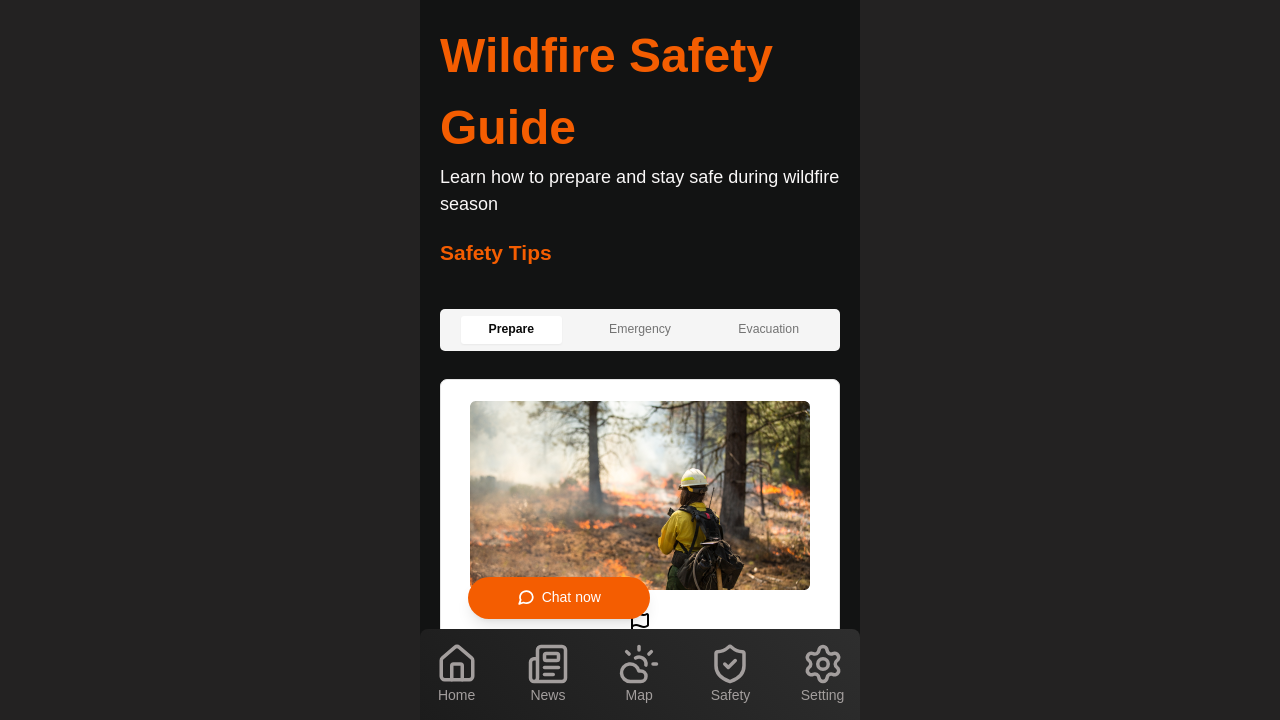
Repository: BCITKevin/Flare_IDSP
Page: /safety
An editor plug-in stored every save of this project. The page is shown before and after the next save, followed by the edit.
The browser window is 1280 px wide. The pictures show the whole page.
An inner scrolling area shows only its first screen. Some web fonts or font styles are not loaded; a fallback is used. The project was rebuilt for these pictures with package versions that can differ from the ones it lists, and the page was loaded fresh each time. The framework's server and built-in components were replaced by stand-ins that run in the browser. Also part of the build but not shown: next.config.js, next.config.mjs.

Above is the page before, as saved 2024-11-30 07:44:23.

### src/app/safety/page.tsx
'use client';

import { Tabs, TabsContent, TabsList, TabsTrigger } from "@/components/ui/tabs";
import {
    Card,
    CardContent,
    // CardDescription,
    // CardFooter,
    CardHeader,
    // CardTitle,
} from "@/components/ui/card"
import styles from "./safety.module.css"
import { Backpack, Map, Flag } from "lucide-react";
import prepareHero from "../public/images/prepareHero.png"
import evacHero from "../public/images/EvacHero.png"
import emergencyHero from "../public/images/EmergencyHero.png"
import BottomNavBar from "@/components/BottomNavBar/BottomNavBar";
import React from "react";

import { useState } from "react";
import Image from "next/image";

type Message = {
    text: string;
    sender: string;
};

// Card can be reformatted into a reusable component

export default function Safety() {
    const [showChat, setShowChat] = useState(false);
    const [activeTab, setActiveTab] = useState('Prepare');
    const [prevMsg, setMsg] = useState<Message[]>([
        { text: "Hello! Is there anything about wildfires I could help you with today?", sender: 'bot' },
    ]);


    async function handleSubmit(e: React.FormEvent<HTMLFormElement>) {
        e.preventDefault()

        try {
            const message = (document.querySelector('#message') as HTMLInputElement)?.value;
            (document.querySelector('#message') as HTMLInputElement).value = '';

            console.log(message);
            setMsg((prevMsg) => [...prevMsg, { text: message, sender: 'user' }]);

            const res = await fetch('/api/safety', {
                method: 'POST',
                headers: {
                    'Content-Type': 'application/json',
                },
                body: JSON.stringify({ message }),
            });

            if (!res.ok) {
                console.error();
                throw new Error('OOPS, SOMETHIN WRONG WITH BOT');
            }
            const data = await res.json();

            const botResponse = data.chat.content || "Sorry, I can't process your request. Please try again";

            setMsg((prevMsg) => [...prevMsg, { text: botResponse, sender: 'bot' }]);

            console.log('from gpt: ', botResponse);
        }
        catch (err) {
            console.error(err);
        }
    }

    const prepareText = `
    <strong>Stay informed:</strong> It’s crucial to stay updated on emergency alerts and evacuation orders issued by local authorities. Regularly check with Flare and turn on notifications and stay updated with the news. These alerts provide critical information about wildfire locations, safe zones, and road closures.
    <br><br>
    <strong>Assemble an emergency kit:</strong> Include:
    <ul>
        <li>- First aid supplies, such as bandages, antiseptics, and pain relievers.</li>
        <li>- Enough non-perishable food and water to sustain your household for at least 3 days.</li>
        <li>- Flashlights with spare batteries, a multi-tool, a whistle for signaling, and a fire extinguisher.</li>
        <li>- Personal hygiene items, blankets, and clothing suitable for various weather conditions.</li>
    </ul>
    <br>
    <strong>Follow evacuation routes:</strong> Use the safest, predefined routes recommended by local authorities. Avoid unfamiliar roads that could be blocked or unsafe. Always have a physical map in case of GPS or mobile network failure.
    <br><br>
    <strong>Leave as early as possible:</strong> Don’t wait until the last moment to evacuate. Early action reduces risks and allows emergency responders to focus on critical areas. Traffic congestion and panic during last-minute evacuations can pose additional dangers.
    <br><br>
    <strong>Assist neighbors if possible:</strong> Check on those in your community who may need help, especially the elderly, people with disabilities, or families without transportation. Offer support by carpooling or sharing resources.
    <br><br>
    <strong>Keep your vehicle ready:</strong> Ensure your vehicle is in good condition with a full gas tank. Keep the keys easily accessible, park the car facing outward for a quick exit, and load essential items in advance to save time during an emergency.
    <br><br>
    <strong>Practice your evacuation plan:</strong> Conduct regular drills with your household to ensure everyone knows their roles and responsibilities. Familiarity with the process can reduce stress and confusion during an actual emergency.
    <br><br>
    <strong>Create a defensible space around your home:</strong> Clear dry leaves, branches, and other flammable materials at least 30 feet from your home. Trim tree branches to a height of at least 6 feet to prevent fire from climbing. Regularly maintain gutters and roofs by removing debris. Store firewood and other combustible items far from structures.
    <br><br>
    `;


    const emergencyText = `
    <strong>If you are in danger, contact emergency services immediately:</strong> Dial the emergency hotline 911 if your safety is compromised. Or  call 1 800 663-5555 toll-free or <strong>*5555</strong> on a cellphone to report a wildfire. Clearly state your location and the nature of the emergency to ensure responders can locate you quickly. Avoid using the line for non-critical updates to keep it free for those in immediate need.
    <br><br>
    <strong>Stay inside if safe:</strong> If evacuation is not possible, shelter in place in a safe room. Select an area with minimal windows and external doors, preferably one located at the center of your home or on the opposite side of the fire’s path. Keep the space stocked with basic necessities, including water, flashlights, and communication devices.
    <br><br>
    <strong>Block air entry:</strong> Use duct tape, wet towels, or other materials to seal gaps around doors and windows to prevent smoke infiltration. Shut off HVAC systems and close vents to further limit the entry of hazardous air.
    <br><br>
    <strong>Listen to official information:</strong> Stay tuned to updates from local authorities via radio, mobile apps, or reliable online sources. Avoid spreading or acting on unverified information that may cause unnecessary panic.
    <br><br>
    <strong>Use face coverings:</strong> If you need to go outside or smoke enters your shelter, use wet towels, bandanas, or certified N95 masks to filter harmful particles. This is especially important for individuals with respiratory issues, the elderly, and young children.
    <br><br>
    <strong>Stay hydrated:</strong> Drink plenty of water to combat dehydration caused by heat and smoke inhalation. Avoid alcohol or caffeinated drinks, which can exacerbate dehydration. If possible, keep oral rehydration salts or electrolyte drinks on hand.
    <br><br>
    <strong>Be prepared for power outages:</strong> Wildfires may disrupt electricity. Keep flashlights, extra batteries, and a manual crank radio available. Charge your devices in advance and consider using portable power banks.
    <br><br>
    <strong>Plan for communication:</strong> If mobile networks are down, use walkie-talkies or pre-established signals with neighbors and family to communicate effectively.
    <br><br>
    <strong>Protect pets and livestock:</strong> Keep your pets in a secure area with food and water. If possible, move livestock to open areas far from fire hazards.
    <br><br>
    <strong>Monitor air quality:</strong> Use air purifiers indoors if available and check air quality levels through official channels to minimize smoke-related health risks.
    `;


    const evacuationText = `
    <strong>Develop a family emergency plan:</strong> Create a detailed emergency plan that includes designated meeting spots, multiple communication strategies, and escape routes for different scenarios. Assign responsibilities to each family member and rehearse the plan frequently to ensure everyone is prepared.
    <br><br>
    <strong>Prepare to leave immediately:</strong>
    - Ensure you have gathered all essential items ahead of time to avoid delays. These include:
    <br><br>
    <ul>
        <li>- <strong>Medications</strong>, including prescription drugs and a basic first aid kit for minor injuries.</li>
        <li>- <strong>Important documents</strong>, such as government-issued IDs, insurance papers, property deeds, and emergency contact information.</li>
        <li>- Your <strong>emergency kit</strong> as outlined in the prepare section</li>
        <li>- Personal items like clothing, toiletries, and any essential supplies for infants, pets, or elderly family members.</li>
    </ul>
    <br>
    <strong>Keep important documents ready:</strong> Store essential documents like birth certificates, passports, medical records, and insurance policies in a waterproof, fireproof safe. Back up digital copies to cloud storage or an external hard drive.
    <br><br>
    <strong>Know your local risk level:</strong> Familiarize yourself with wildfire risks in your area by consulting local government websites and fire risk maps. Participate in community evacuation drills to understand the best practices and routes in case of an emergency.
    <br><br>
    <strong>Sign up for emergency alerts:</strong> Subscribe to wildfire and weather warning systems offered by local authorities.
    <br><br>
    <strong>Invest in fire-resistant building materials:</strong> Upgrade your home with fire-resistant roofing, siding, and windows. Install ember-resistant vents to prevent sparks from entering your home.
    <br><br>
    <strong>Prepare your vehicle:</strong> Keep your car in good working condition, with a full gas tank and an emergency kit inside. Include maps, a spare tire, tools, and extra supplies to ensure mobility during an evacuation.
    <br><br>
    <strong>Coordinate with your neighbors:</strong> Work together with your community to create a wildfire response plan. Share resources, such as tools and safety tips, to enhance collective preparedness.
    <br><br>
    <strong>Learn fire suppression techniques:</strong> Take basic training on how to use a fire extinguisher and other suppression tools effectively. Know when to evacuate instead of attempting to combat the fire yourself.
    <br><br>
    <strong>Advocate for local safety measures:</strong> Encourage local governments to implement wildfire prevention strategies, such as controlled burns, community fuel breaks, and infrastructure upgrades.
    `;




    return (
        <body className="min-h-screen overflow-y-auto">
            <div className="safetyLayout h-full overflow-y-auto mb-44">
                <div className={styles.safetyHeading}>
                    <h1>
                        Wildfire Safety Guide
                    </h1>
                    <h5 className={styles.whiteText}>
                        Learn how to prepare and stay safe during wildfire season
                    </h5>
                </div>
                {/* <Card className="p-5 mt-3 transition-all duration-300 hover:shadow-lg border-l-4 border-l-orange-500">
                    <CardHeader className="p-0 mb-3">
                        <div className="flex items-center gap-2">
                            <strong className={`${styles.articleBody} text-lg`}>
                                Based on your Location and Recent Weather
                            </strong>
                        </div>
                    </CardHeader>
                    <CardContent className="p-0">
                        <div className="flex flex-col gap-2">
                            <p className={`${styles.articleBody} leading-relaxed`}>
                                Consider bringing:
                            </p>
                            <ul className="list-disc ml-5 space-y-1">
                                <li className={styles.articleBody}>Extra water (1 gallon per person)</li>
                                <li className={styles.articleBody}>Cooling towels</li>
                                <li className={styles.articleBody}>Sun protection (hat, sunscreen)</li>
                            </ul>
                        </div>
                    </CardContent>
                </Card> */}
                <div className={`${styles.safetyHeading} mb-6 mt-6`}>
                    <h3 className="text-2xl font-bold">
                        Safety Tips
                    </h3>
                </div>
                <div className="mt-2">
                <Tabs defaultValue="Prepare" className="w-full flex flex-col" onValueChange={setActiveTab}>
                        <TabsList className="space-x-8 p-6 my-6">
                            <TabsTrigger value="Prepare" className={`w-full ${activeTab === 'Prepare' ? styles.activeTab : ''}`}>Prepare</TabsTrigger>
                            <TabsTrigger value="Emergency" className={`w-full ${activeTab === 'Emergency' ? styles.activeTab : ''}`}>Emergency</TabsTrigger>
                            <TabsTrigger value="Evacuation" className={`w-full ${activeTab === 'Evacuation' ? styles.activeTab : ''}`}>Evacuation</TabsTrigger>
                        </TabsList>
                        <TabsContent value="Prepare">
                            <Card className={`${styles.card} p-6 flex flex-col items-center mb-24`}>
                                <Image src={prepareHero} width={340} height={189} alt="a rescue worker looking towards a wildfire" />
                                <Flag color="black" className="m-6" />
                                <p dangerouslySetInnerHTML={{ __html: prepareText }} className={styles.articleBody} />
                            </Card>
                        </TabsContent>
                        <TabsContent value="Emergency">
                            <Card className={`${styles.card} p-6 flex flex-col items-center mb-24`}>
                                <Image src={emergencyHero} width={340} height={189} alt="a rescue worker looking towards a wildfire" />
                                <Backpack color="black" className="m-6" />
                                <p dangerouslySetInnerHTML={{ __html: emergencyText }} className={styles.articleBody} />
                            </Card>
                        </TabsContent>
                        <TabsContent value="Evacuation">
                            <Card className={`${styles.card} p-6 flex flex-col items-center mb-24`}>
                                <Image src={evacHero} width={340} height={189} alt="a rescue worker looking towards a wildfire" />
                                <Map color="black" className="m-6" />
                                <p dangerouslySetInnerHTML={{ __html: evacuationText }} className={styles.articleBody} />
                            </Card>
                        </TabsContent>
                    </Tabs>
                </div>
                {showChat ? (
                    <>
                        <div className="justify-center items-center flex overflow-x-hidden overflow-y-auto fixed inset-0 z-50 outline-none focus:outline-none">
                            <div className="relative w-full h-full mx-auto max-w-3xl px-4 pt-6 pb-24">
                                <div className="border-0 rounded-lg shadow-lg relative flex flex-col w-full h-full bg-white outline-none focus:outline-none">
                                    {/* Header */}
                                    <div className="flex items-center justify-between p-4 border-b border-solid border-gray-200">
                                        <h3 className="text-lg font-semibold text-gray-900">Flare Assistant</h3>
                                        <button
                                            className="p-1 ml-auto border-0 text-black float-right text-3xl leading-none font-semibold"
                                            onClick={() => setShowChat(false)}
                                        >
                                            ×
                                        </button>
                                    </div>

                                    {/* Chat Messages */}
                                    <div className="relative p-4 flex-auto overflow-y-auto">
                                        {prevMsg.map((msg, i) => (
                                            <div key={i} className={`flex ${msg.sender === 'user' ? 'justify-end' : 'justify-start'} mb-4`}>
                                                <div className={`rounded-lg px-4 py-2 max-w-[80%] ${
                                                    msg.sender === 'user'
                                                    ? 'bg-[var(--orange)] text-white'
                                                    : 'bg-gray-100 text-gray-800'
                                                }`}>
                                                    {msg.text}
                                                </div>
                                            </div>
                                        ))}
                                    </div>

                                    {/* Input Form */}
                                    <div className="border-t border-solid border-gray-200 p-4">
                                        <form onSubmit={handleSubmit} className="flex gap-2">
                                            <input
                                                type="text"
                                                id="message"
                                                placeholder="Type your message..."
                                                className="flex-grow px-4 py-2 border border-gray-300 rounded-full focus:outline-none focus:border-[var(--orange)]"
                                            />
                                            <button
                                                type="submit"
                                                className="bg-[var(--orange)] text-white rounded-full px-6 py-2"
                                            >
                                                Send
                                            </button>
                                        </form>
                                    </div>
                                </div>
                            </div>
                        </div>
                        <div className="opacity-25 fixed inset-0 z-40 bg-black"></div>
                    </>
                ) : null}
                <div className="flex flex-col fixed bottom-24 rounded-md px-6 py-3 m-2 items-center gap-4 transition-all duration-300">
                    {/* <div>
                        <span className="flex justify-center text-white ">Flare Assistant</span>
                        <p className="text-white text-base">Ask us about how you can stay safe</p>
                    </div> */}
                    <button
                        className="flex justify-center bg-[var(--orange)] text-white rounded-full shadow-lg transition-all duration-300 flex items-center gap-2 px-4 py-2 w-3/4 hover:border-2 hover:border-white box-border w-52 h-12"
                        onClick={() => setShowChat(true)}
                    >
                        <img src="/icons/message-circle.svg" alt="chatbot icon" className="w-5 h-5 filter invert brightness-0" />
                        <span>Chat now</span>
                    </button>
                </div>
            </div>
            <BottomNavBar />
        </body>
    )
}

Loaded but not shown: src/lib/utils.ts (common file); src/app/globals.css (310 lines, source omitted); src/components/BottomNavBar/BottomNavBar.jsx (106 lines, source omitted); tailwind.config.ts (96 lines, source omitted); src/components/ui/tabs.tsx (55 lines, source omitted); src/components/ui/card.tsx (79 lines, source omitted); src/components/BottomNavBar/BottomNavBar.module.css (36 lines, source omitted); src/app/safety/safety.module.css (29 lines, source omitted); src/app/layout.tsx (41 lines, source omitted)

After the next save:
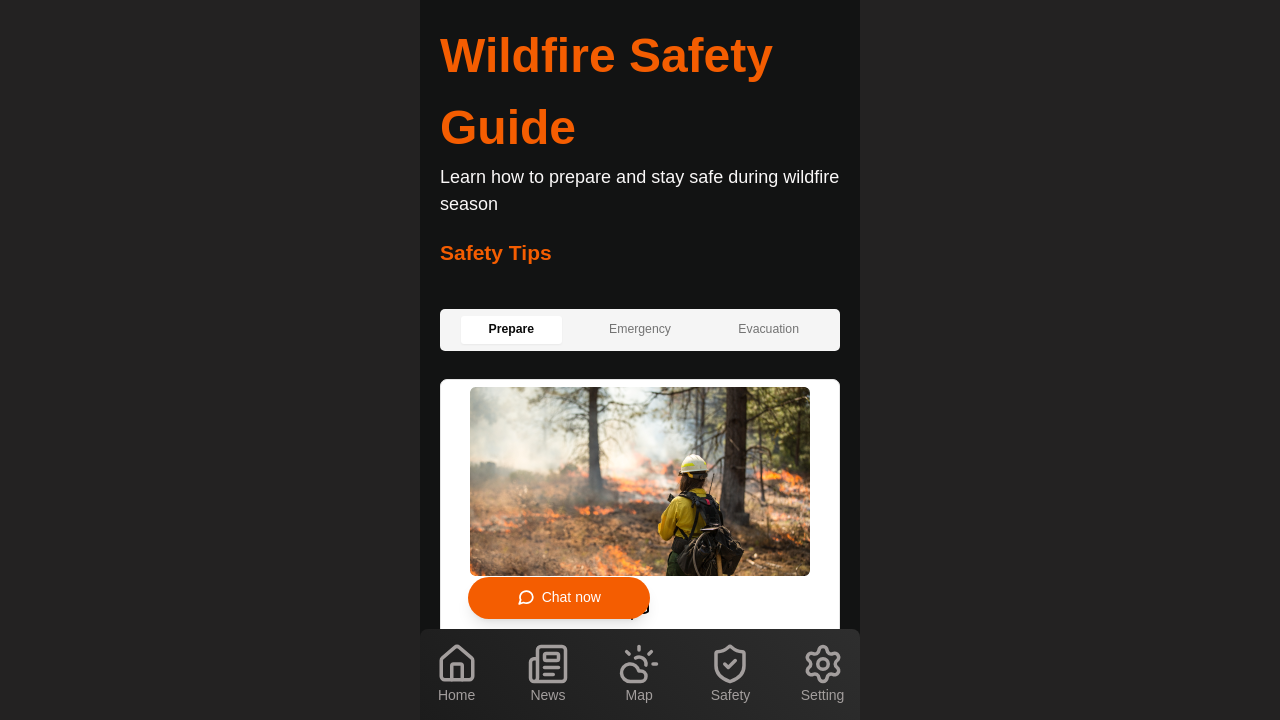
Saved 5 min 56 s later.
--- a/src/app/safety/page.tsx
+++ b/src/app/safety/page.tsx
@@ -197,7 +197,7 @@
                             <TabsTrigger value="Evacuation" className={`w-full ${activeTab === 'Evacuation' ? styles.activeTab : ''}`}>Evacuation</TabsTrigger>
                         </TabsList>
                         <TabsContent value="Prepare">
-                            <Card className={`${styles.card} p-6 flex flex-col items-center mb-24`}>
+                            <Card className={`${styles.card} p-2 flex flex-col items-center mb-24`}>
                                 <Image src={prepareHero} width={340} height={189} alt="a rescue worker looking towards a wildfire" />
                                 <Flag color="black" className="m-6" />
                                 <p dangerouslySetInnerHTML={{ __html: prepareText }} className={styles.articleBody} />

After the save that followed:
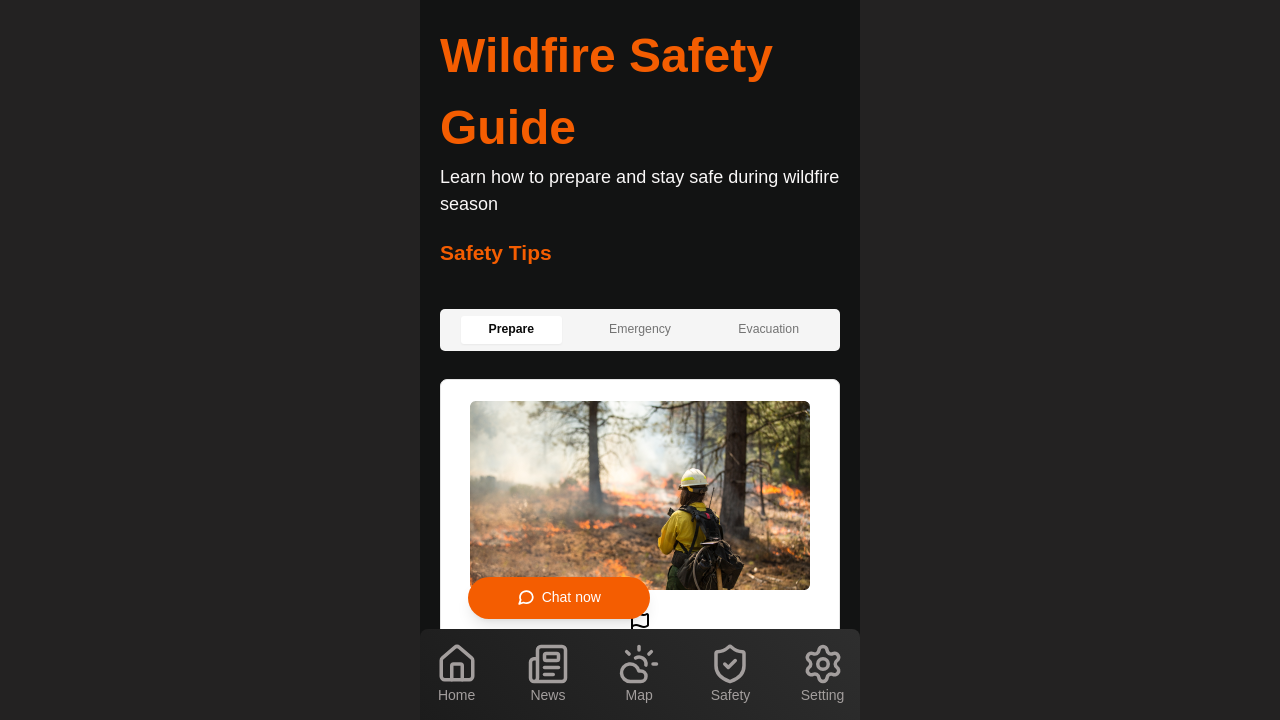
Saved 11 s later.
--- a/src/app/safety/page.tsx
+++ b/src/app/safety/page.tsx
@@ -197,7 +197,7 @@
                             <TabsTrigger value="Evacuation" className={`w-full ${activeTab === 'Evacuation' ? styles.activeTab : ''}`}>Evacuation</TabsTrigger>
                         </TabsList>
                         <TabsContent value="Prepare">
-                            <Card className={`${styles.card} p-2 flex flex-col items-center mb-24`}>
+                            <Card className={`${styles.card} p-6 flex flex-col items-center mb-24`}>
                                 <Image src={prepareHero} width={340} height={189} alt="a rescue worker looking towards a wildfire" />
                                 <Flag color="black" className="m-6" />
                                 <p dangerouslySetInnerHTML={{ __html: prepareText }} className={styles.articleBody} />
